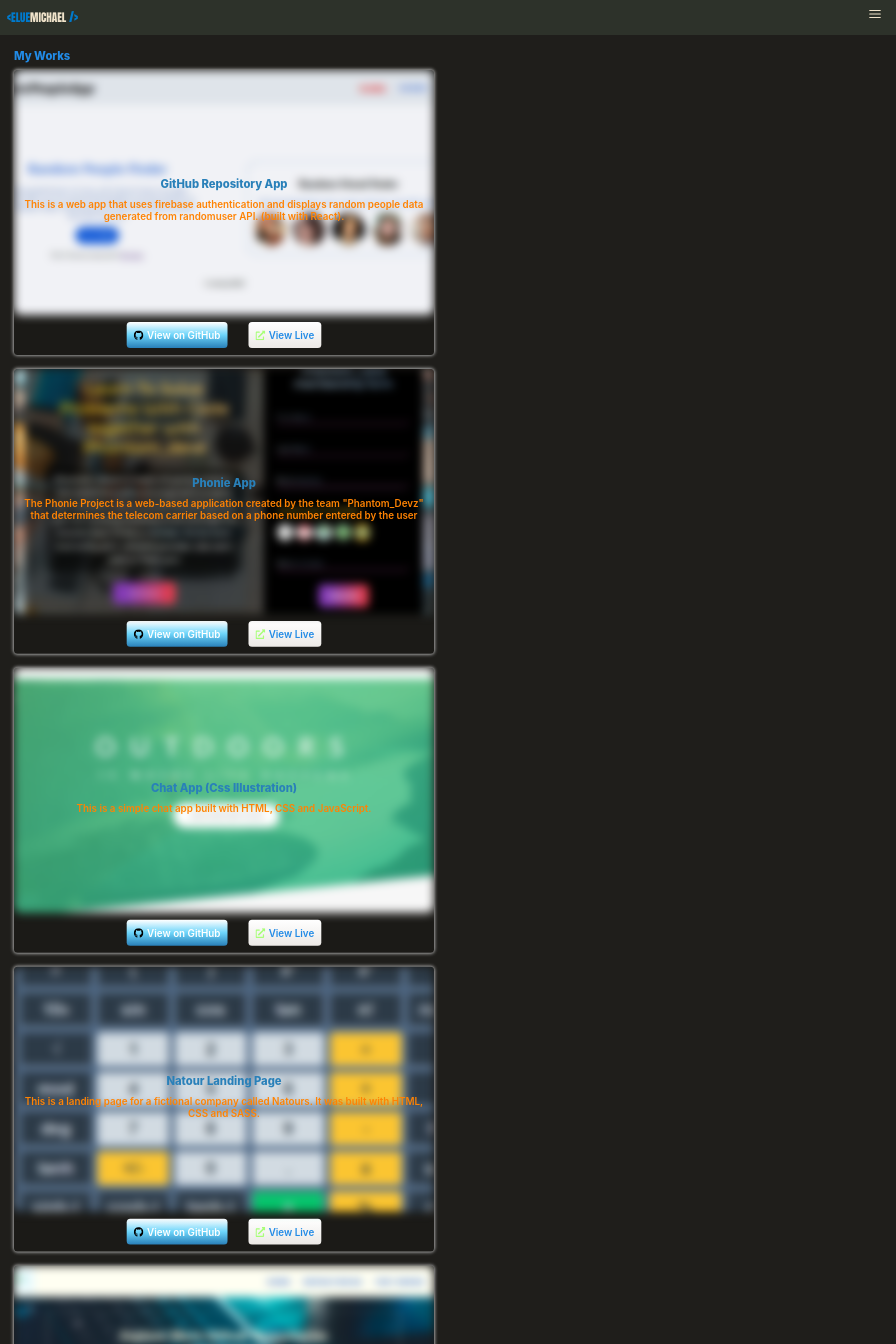
Repository: MikkyPrestige/portfolio
Page: /projects
An editor plug-in stored every save of this project. The page is shown before and after the next save, followed by the edit.
The browser window is 1280 px wide. The pictures show the part of the page from y = 0 to 1920 px (the page is 5651 px tall), at 70% of full size.
The project was rebuilt for these pictures with package versions that can differ from the ones it lists, and the page was loaded fresh each time. Also part of the build but not shown: src/components/avatar.jsx, src/components/home.jsx, src/components/about.jsx, src/components/fallback.jsx.

Above is the page before, as saved 2023-02-21 19:23:29.

After the next save:
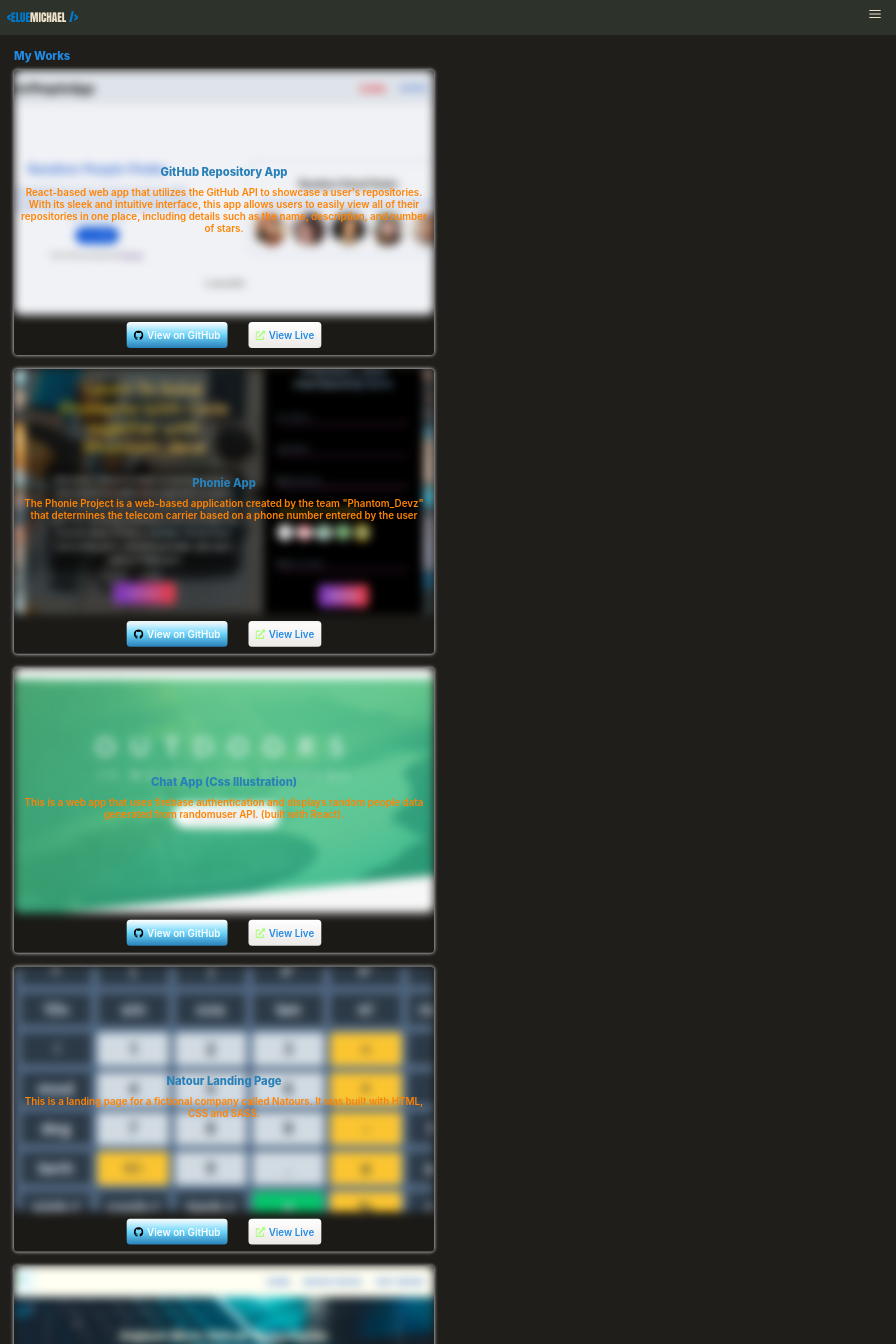
Saved 13 min 10 s later.
--- a/src/components/projects.jsx
+++ b/src/components/projects.jsx
@@ -12,9 +12,7 @@ const Projects = () => {
           <div className="project--card__content">
             <h2 className="project--card__content__title">GitHub Repository App</h2>
             <p className="project--card__content__desc">
-              This is a web app that uses firebase authentication and displays
-              random people data generated from randomuser API. (built with
-              React).
+            React-based web app that utilizes the GitHub API to showcase a user's repositories. With its sleek and intuitive interface, this app allows users to easily view all of their repositories in one place, including details such as the name, description, and number of stars.
             </p>
           </div>
           <div className="project--card__links">
@@ -75,7 +73,9 @@ const Projects = () => {
               Chat App (Css Illustration)
             </h2>
             <p className="project--card__content__desc">
-              This is a simple chat app built with HTML, CSS and JavaScript.
+            This is a web app that uses firebase authentication and displays
+              random people data generated from randomuser API. (built with
+              React).
             </p>
           </div>
           <div className="project--card__links">
